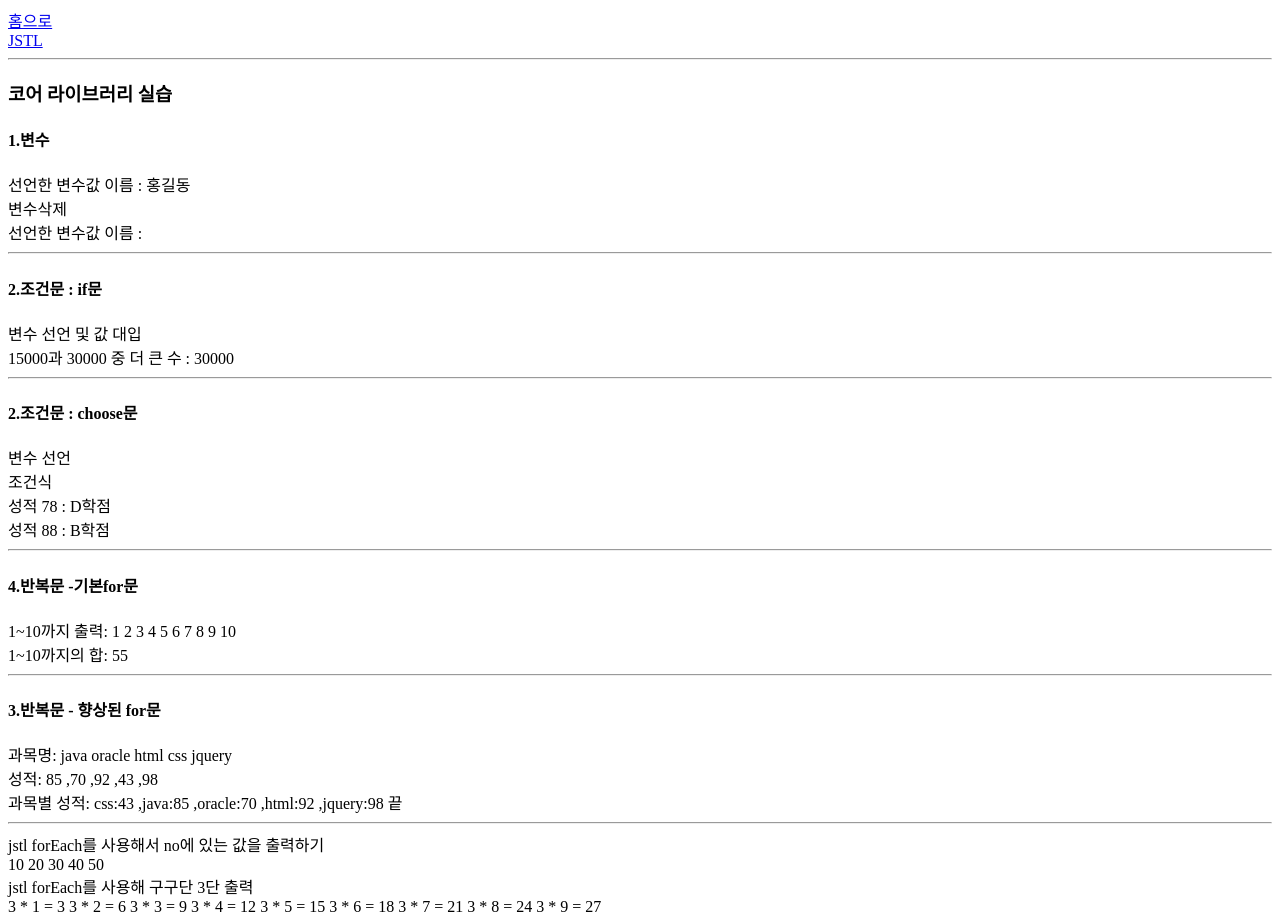
Repository: hyewoon/web
Page: http://localhost/servlet04/jstl/core.jsp
The author's editor kept a copy of each file at every save. The page is drawn from the files as they stood at one save, then again after the next save.
The browser window is 1280 px wide. The pictures show the whole page.
The page is served by Tomcat 9.

Above is the page before, as saved 2022-11-18 05:52:29.

After the next save:
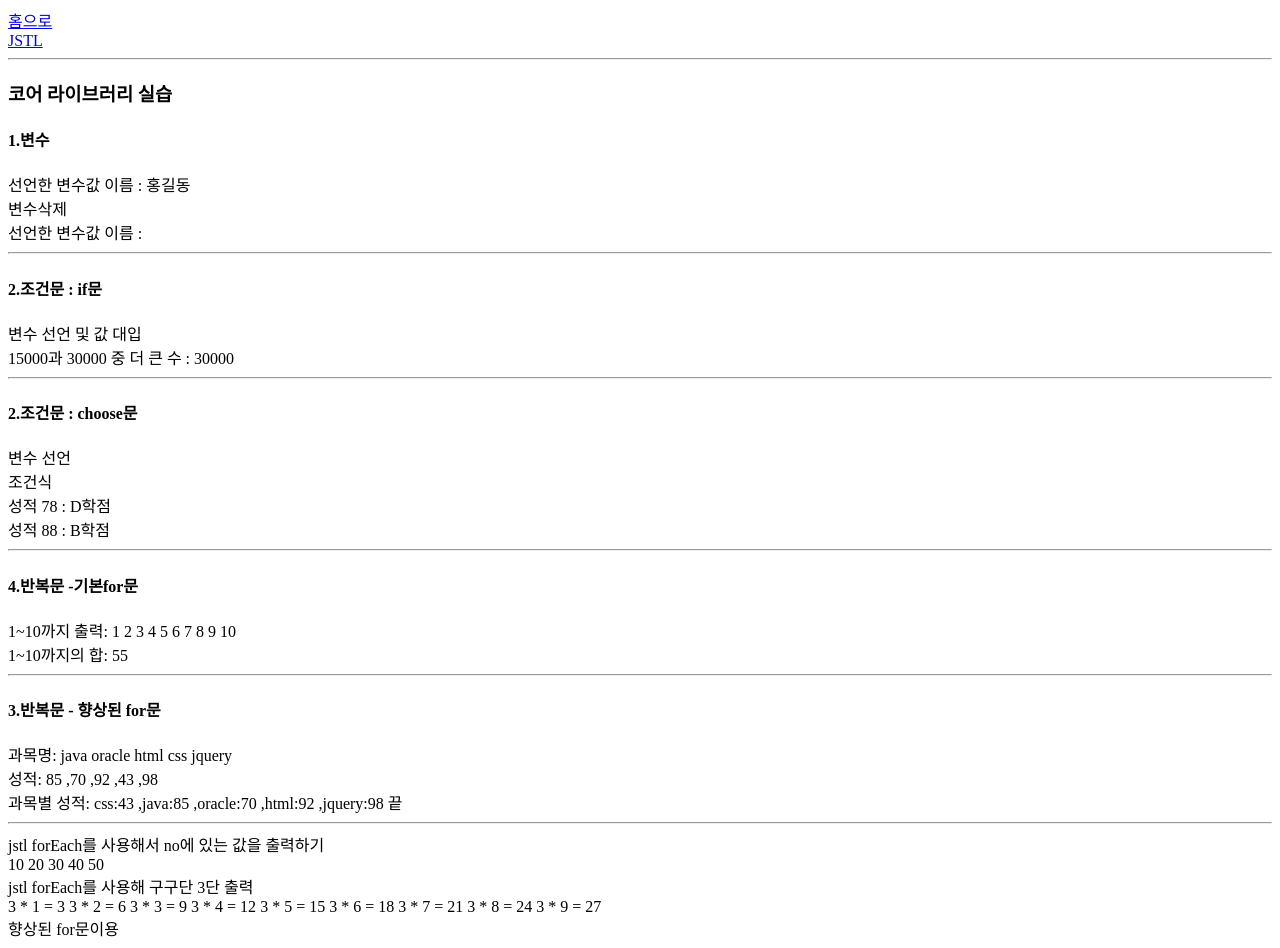
Saved 94 s later.
--- a/servlet04/src/main/webapp/jstl/core.jsp
+++ b/servlet04/src/main/webapp/jstl/core.jsp
@@ -143,8 +143,9 @@ ${no}
 	3 * 2 = 6
  -->
 3 * ${num1} = ${3 * num1}
+</c:forEach>
 
-</c:forEach>
+<div>향상된 for문이용</div>
 
 </body>
 </html>
